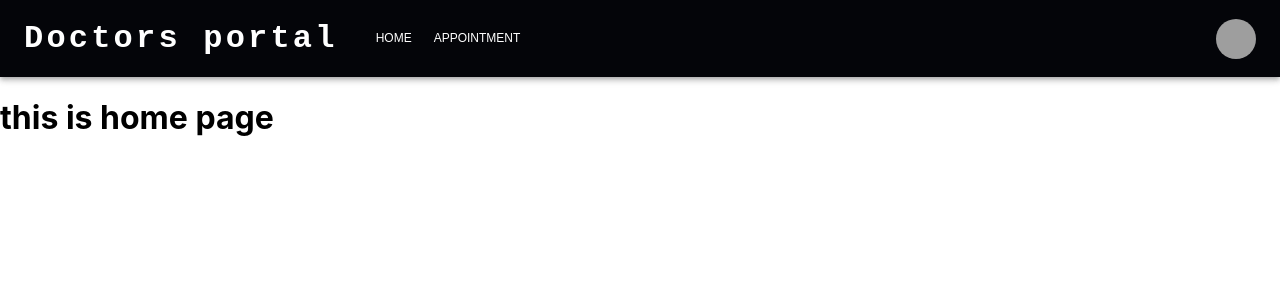
Repository: mdrubel02/health-care
Page: /
The author's editor kept a copy of each file at every save. The page is drawn from the files as they stood at one save, then again after the next save.
The browser window is 1280 px wide. The pictures show the whole page.
Pictures or frames that could not be fetched are drawn as grey boxes. The project was rebuilt for these pictures with package versions that can differ from the ones it lists, and the page was loaded fresh each time. Also part of the build but not shown: src/Pages/Appointment/Appointment.js.

Above is the page before, as saved 2022-11-14 15:42:57.

After the next save:
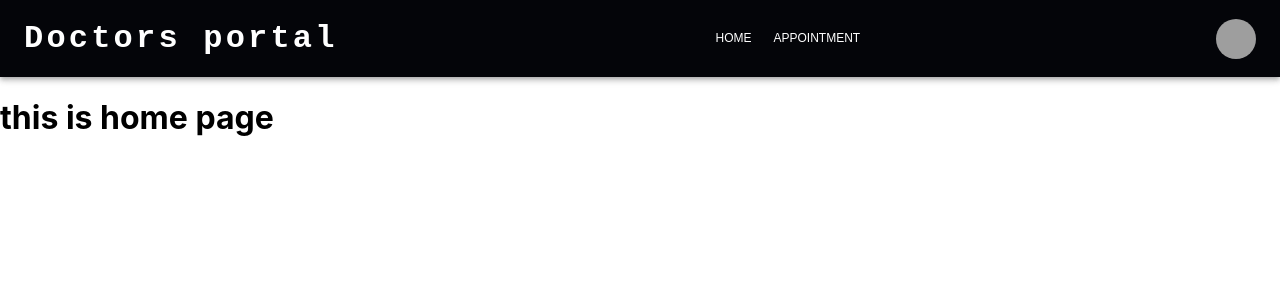
Saved 66 s later.
--- a/src/Pages/Header/Header.css
+++ b/src/Pages/Header/Header.css
@@ -1,7 +1,7 @@
 .lip{
     color: white;
 }
-.middle{
-    display: flex;
+.css-1t6c9ts{
+
     justify-content: center;
 }
